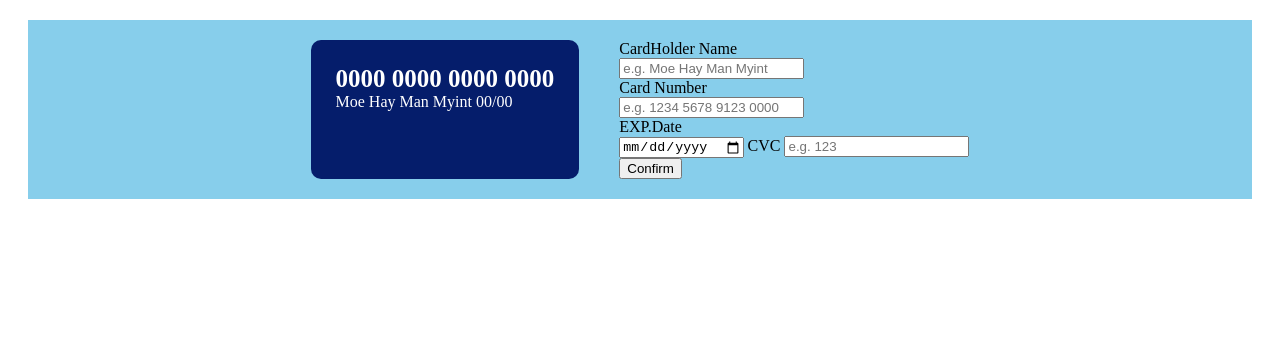
Repository: moehaymanmyint/Interactive-Card-Details-Form
Page: index.html
These files come from the project's save history. The page is drawn as it stood at one moment and after the next save; the edit follows.
The browser window is 1280 px wide. The pictures show the whole page.

Above is the page before, as saved 2024-10-15 22:33:06.

### index.html
<!DOCTYPE html>
<html lang="en">
<head>
    <meta charset="UTF-8">
    <meta name="viewport" content="width=device-width, initial-scale=1.0">
    <title>Interactive Card Details Form</title>
    <link rel="stylesheet" href="style.css">
</head>
<body>
    <div class="container">
        <!-- Left Side -->
    <div class="left-container">
        <div class="card">
            <div class="number">0000 0000 0000 0000</div>
            <span class="name">Moe Hay Man Myint</span>
            <span class="date">00/00</span>
        </div>
    </div>

    <!-- Right Side -->
    <div class="right-container">
        <form action="">
            <div class="card-name">
                <label for="">CardHolder Name</label><br>
                <input type="text" name="" id="" placeholder="e.g. Moe Hay Man Myint">
            </div>
            <div class="card-number">
                <label for="">Card Number</label><br>
                <input type="number" name="" id="" placeholder="e.g. 1234 5678 9123 0000">
            </div>
            <div class="card-info">
                <label for="">EXP.Date</label><br>
                <input type="date" name="" id="">
                <label for="">CVC</label>
                <input type="number" name="" id="" placeholder="e.g. 123">
            </div>
            <div class="confirm-btn">
                <input type="submit" value="Confirm">
            </div>
        </form>
    </div>
    </div>
</body>
</html>

### style.css
.container{
    background-color: skyblue;
    display: flex;
    justify-content: center;
    margin: 20px;
}

.left-container,
.right-container {
    margin: 20px;
}

.left-container{
    background-color: rgb(5, 29, 107);
    color: white;
    padding: 25px;
    border-radius: 10px;
}

.left-container .number{
    font-size: 25px;
    font-weight: bold;
}

.right-container form{
    display: flex;
    flex-direction: column;


}

After the next save:
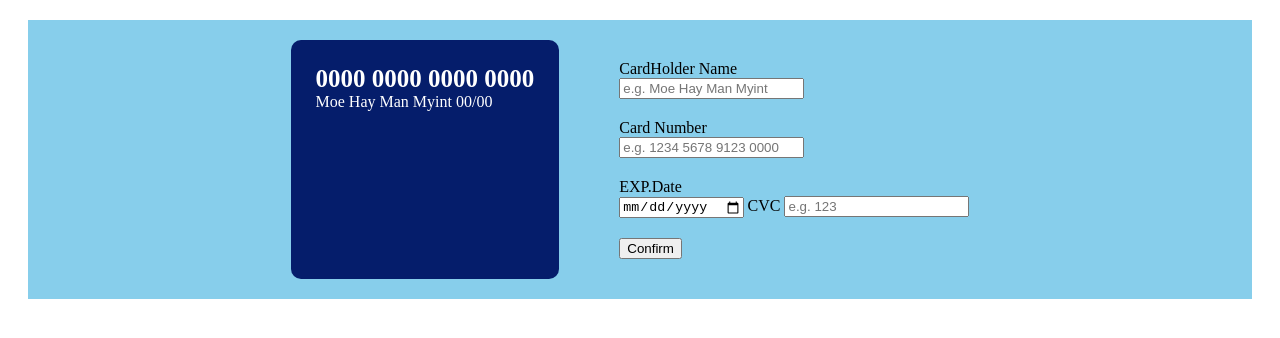
Saved 23 s later.
--- a/style.css
+++ b/style.css
@@ -22,9 +22,7 @@
     font-weight: bold;
 }
 
-.right-container form{
-    display: flex;
-    flex-direction: column;
-
+.right-container div{
+    margin: 20px;
 
 }
